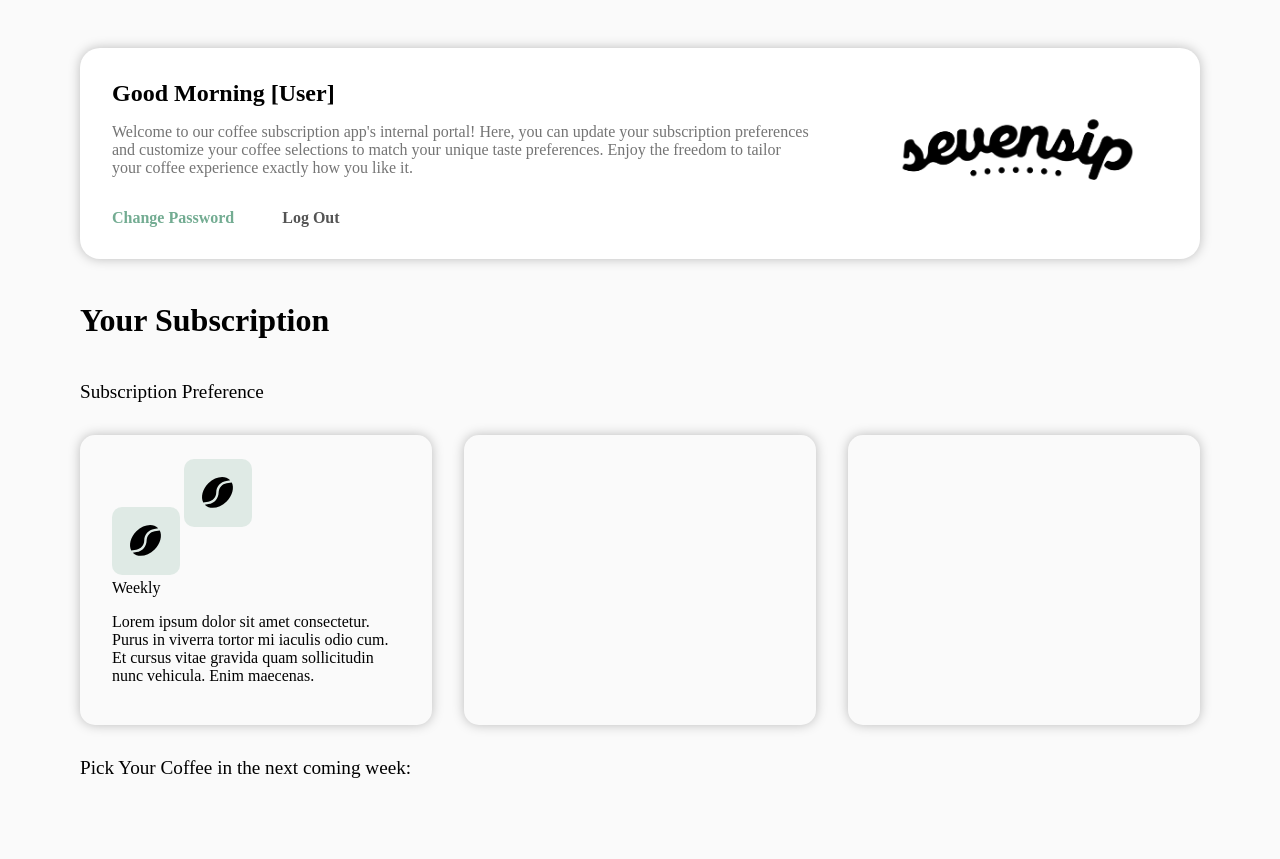
Repository: Haydenleung/COMP-4170-Final-Project
Page: http://localhost/main
An editor plug-in stored every save of this project. The page is shown before and after the next save, followed by the edit.
The browser window is 1280 px wide. The pictures show the whole page.
The page is served by the project's Node server (app.js).

Above is the page before, as saved 2024-03-22 18:08:53.

After the next save:
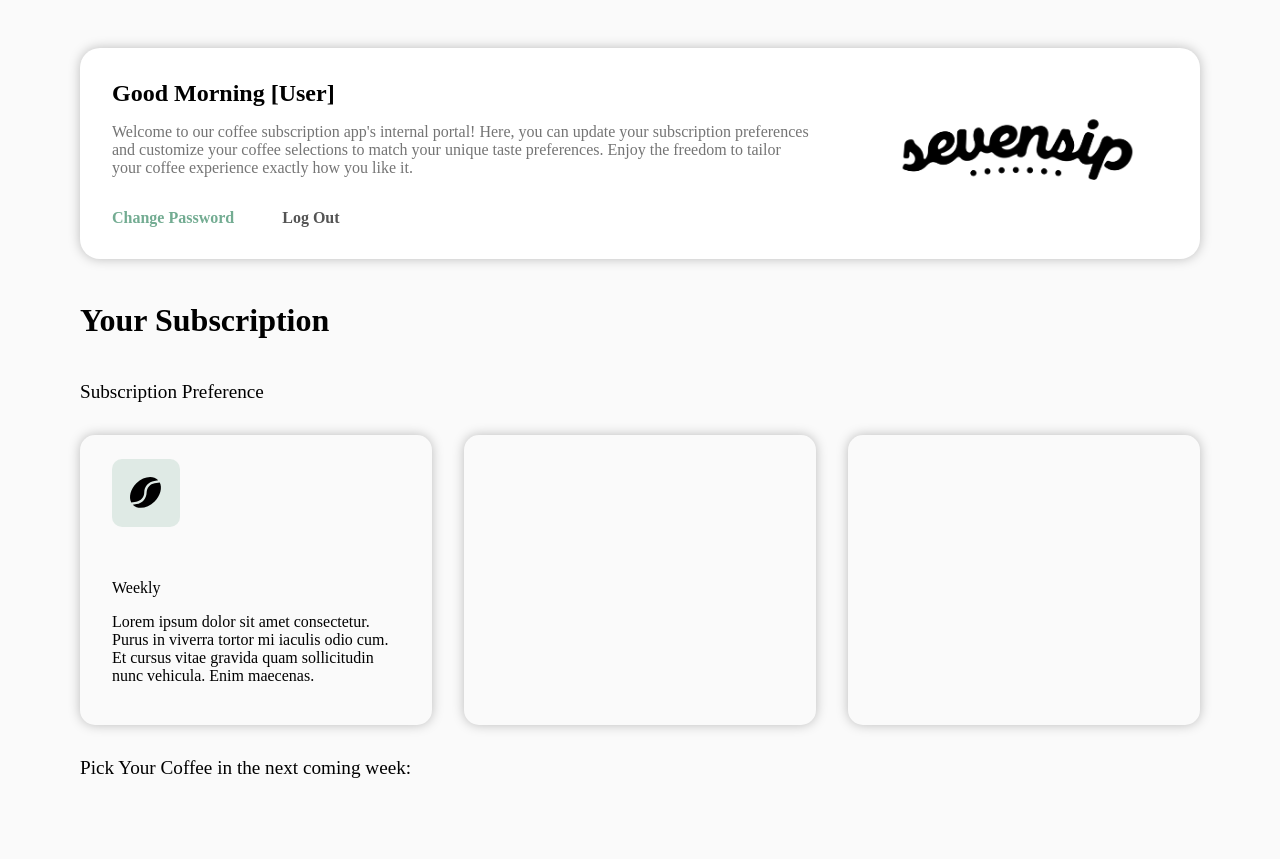
Saved 11 s later.
--- a/views/main.ejs
+++ b/views/main.ejs
@@ -25,7 +25,7 @@
                 <h5>Subscription Preference</h5>
                 <div class="subscribe-container">
                     <div class="sub-option">
-                        <img class="tick" src="/images/week.svg" alt="icon" />
+                        <!-- <img class="tick" src="/images/week.svg" alt="icon" /> -->
                         <img class="sub-icon" src="/images/week.svg" alt="icon" />
                         <div class="sub-title">Weekly</div>
                         <p class="sub-body">Lorem ipsum dolor sit amet consectetur. Purus in viverra tortor mi iaculis
